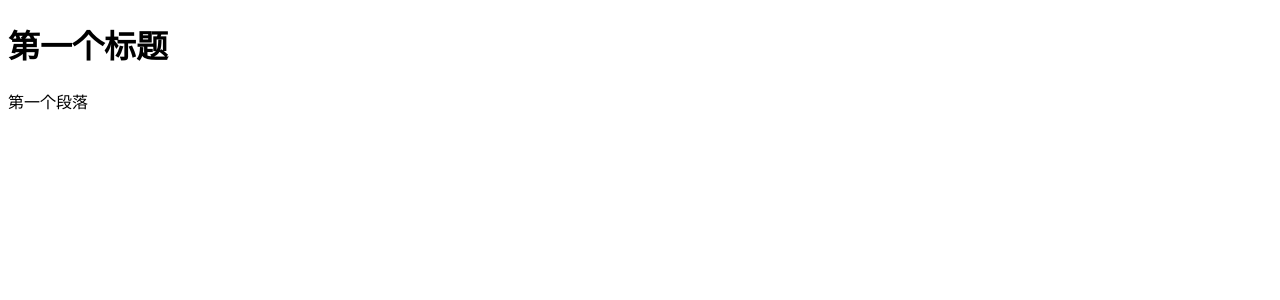
Repository: sjtu-course/homework
Page: GongZening/Week2/Web/LoginPage.html
An editor plug-in stored every save of this project. The page is shown before and after the next save, followed by the edit.
The browser window is 1280 px wide. The pictures show the whole page.

Above is the page before, as saved 2020-10-31 15:47:19.

After the next save:
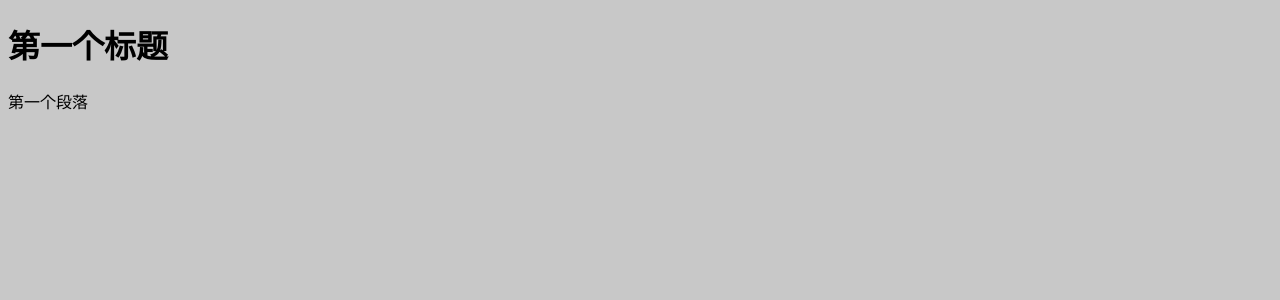
Saved 26 min 54 s later.
--- a/GongZening/Week2/Web/LoginPage.html
+++ b/GongZening/Week2/Web/LoginPage.html
@@ -2,11 +2,12 @@
 <html>
     <head>
         <meta charset="utf-8">
-        <title>
-            Hello World!
-        </title>
+        <title>LoginPage</title>
+        <style>
+
+        </style>
     </head>
-    <body>
+    <body style="background-color: #c8c8c8;">
         <h1>
             第一个标题
         </h1>
